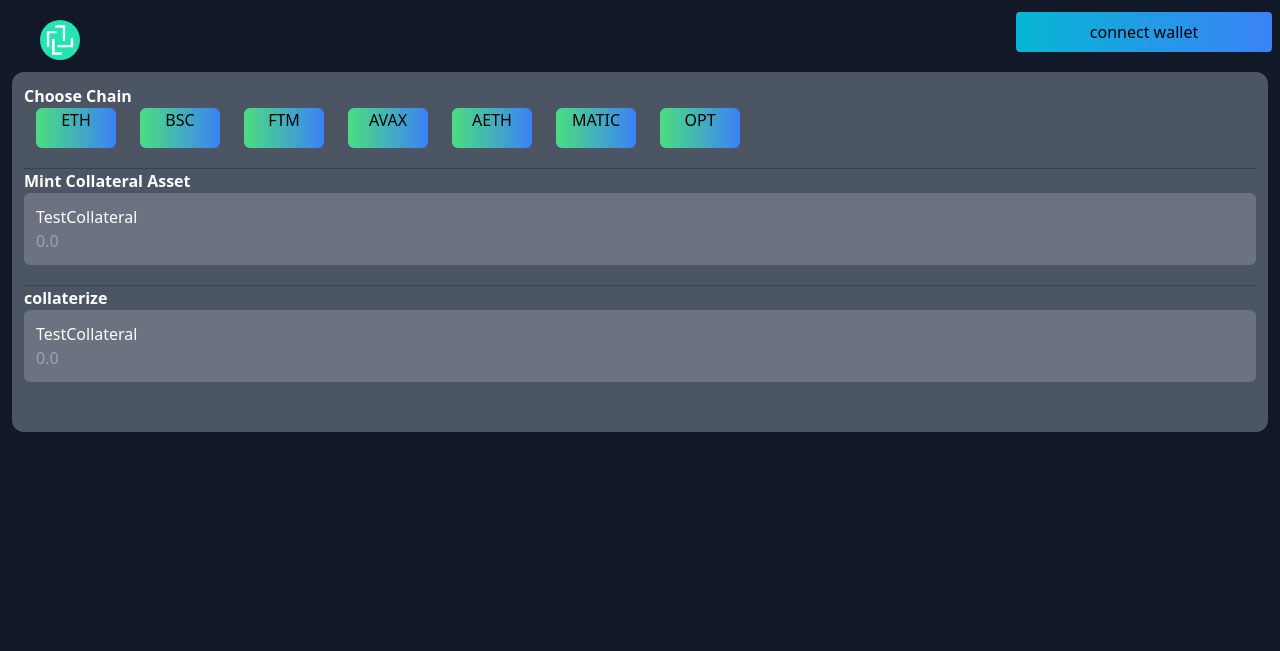
Repository: AstriaFinance/AstriaMvp
Page: /
These files come from the project's save history. The page is drawn as it stood at one moment and after the next save; the edit follows.
The browser window is 1280 px wide. The pictures show the whole page.
The project was rebuilt for these pictures with package versions that can differ from the ones it lists, and the page was loaded fresh each time. Also part of the build but not shown: src/components/Nav.jsx, src/components/ErrorPage.jsx.

Above is the page before, as saved 2022-07-04 10:33:52.

### src/index.css
@tailwind base;
@tailwind components;
@tailwind utilities;

@import url("https://fonts.googleapis.com/css2?family=Gentium+Book+Plus:ital@1&display=swap");

### src/App.js
import { Nav, Home, ErrorPage } from "./components";
import { BrowserRouter as Router, Routes, Route, Link } from "react-router-dom";
function App() {
  return (
    <Router>
      <Routes>
        <Route path="/" element={<Home />} />
        <Route path="/AstriaMvp" element={<Home />} />
        <Route path="*" element={<ErrorPage />} />
      </Routes>
    </Router>
  );
}

export default App;

### src/components/index.js
export { default as Nav } from "./Nav";
export { default as ErrorPage } from "./ErrorPage";
export { default as Home } from "./Home";

### src/components/Home.jsx
import React, { useEffect, useState } from "react";
import astriaPorta_abi from "../contracts/astriaPorta_abi.json";
import testEth_abi from "../contracts/testEth_abi";
import xap_abi from "../contracts/xap_abi.json";
import logo from "../static/astria2.jpg";
import { ethers } from "ethers";

const Home = () => {
  const contractAddress = "0x1b3781eA482113695622EF6C31Fb38c4e02C95A0";
  const testEthContractAddress = "0x8c5696f345827C2d5A7a2e48F815A428eCC87437";
  const xapContractAddress = "0x5272c7F5eA6E5F9bb88f20B9f47Bd0f29e5921EC";
  const [conButtonText, setConButtonText] = useState("connect wallet");
  const [errorMessage, setErrorMessage] = useState(null);
  const [defaultAccount, setDefaultAccount] = useState(null);
  const [provider, setProvider] = useState(null);
  const [signer, setSigner] = useState(null);
  const [contract, setContract] = useState(null);
  const [transferHash, setTransferHah] = useState(null);
  const [depositHash, setDepositHash] = useState(null);
  const [testEthContract, setTestEthContract] = useState(null);
  const [borrowHash, setBorrowHash] = useState(null);
  const [sendHash, setSendHash] = useState(null);
  const [xapContract, setxapContract] = useState(null);
  const [TausdBalance, setTausdBalance] = useState(null);
  const [TestBalance, setTestBalance] = useState(null);

  const connectWalletHandler = () => {
    if (window.ethereum) {
      window.ethereum
        .request({ method: "eth_requestAccounts" })
        .then((result) => {
          accountChangedHandler(result[0]);
          setConButtonText("Wallet connected");
        })
        .catch((error) => {
          setErrorMessage(error.message);
        });
    } else {
      console.log("Install Metamask");
      setErrorMessage("Please Install Metamask");
    }
    TausdbalanceHandler();
    testColleteralHandler();
  };

  const accountChangedHandler = (newAddress) => {
    setDefaultAccount(newAddress);
    updateEthers();
  };

  const updateEthers = () => {
    let tempProvider = new ethers.providers.Web3Provider(window.ethereum);
    let tempSigner = tempProvider.getSigner();
    let tempContract = new ethers.Contract(
      contractAddress,
      astriaPorta_abi,
      tempSigner
    );
    let testEthContract = new ethers.Contract(
      testEthContractAddress,
      testEth_abi,
      tempSigner
    );
    let xapContract = new ethers.Contract(
      xapContractAddress,
      xap_abi,
      tempSigner
    );
    setProvider(tempProvider);
    setSigner(tempSigner);
    setContract(tempContract);
    setTestEthContract(testEthContract);
    setxapContract(xapContract);
  };

  const mintHandler = async (e) => {
    e.preventDefault();
    let mintAmount = e.target.mintAmount.value;

    let txn = await contract.Mint(mintAmount);
    setTransferHah(txn);
  };

  const depositHandler = async (e) => {
    e.preventDefault();
    let depositAmount = e.target.depositAmount.value;

    let depositTxn = await contract.deposit(depositAmount);
    setDepositHash(depositTxn);
  };

  const borrowHandler = async (e) => {
    e.preventDefault();
    let borrowAmount = e.target.borrowAmount.value;
    let borrowtxn = await contract.borrow(borrowAmount);
    setBorrowHash(borrowtxn);
  };

  const sendTokenHandler = async (e) => {
    e.preventDefault();
    let messageFee = ethers.utils.parseEther("0.025");
    let tempSigner = signer.getAddress();
    let dstChainId = 10002;
    let to = tempSigner;
    let qty = e.target.qty.value;
    let zeroPaymentAddress = tempSigner;
    let adapterParam = "0x";
    let sendTokenTransaction = await xapContract.sendTokens(
      dstChainId,
      to,
      qty,
      zeroPaymentAddress,
      adapterParam,
      { value: ethers.utils.parseEther("0.01") }
    );
    setSendHash(sendTokenTransaction);
  };

  const approveTestEth = async (e) => {
    e.preventDefault();
    await testEthContract.approve(contractAddress, "9007199254740990");
  };

  const TausdbalanceHandler = async () => {
    let balanceTausdToken = await xapContract.balanceOf(defaultAccount);
    let balanceTausdNum = balanceTausdToken.toNumber();
    let decimals = await xapContract.decimals();
    let tokenBalance = balanceTausdNum / Math.pow(10, decimals);
    setTausdBalance(toFixed(tokenBalance));
  };

  const testColleteralHandler = async () => {
    let balanceTestToken = await testEthContract.balanceOf(defaultAccount);
    let balanceTestTokenNum = balanceTestToken.toNumber();
    let decimals = await testEthContract.decimals();
    let tokenBalance = balanceTestTokenNum / Math.pow(10, decimals);

    setTestBalance(toFixed(tokenBalance));
  };

  function toFixed(x) {
    if (Math.abs(x) < 1.0) {
      var e = parseInt(x.toString().split("e-")[1]);
      if (e) {
        x *= Math.pow(10, e - 1);
        x = "0." + new Array(e).join("0") + x.toString().substring(2);
      }
    } else {
      var e = parseInt(x.toString().split("+")[1]);
      if (e > 20) {
        e -= 20;
        x /= Math.pow(10, e);
        x += new Array(e + 1).join("0");
      }
    }
    return x;
  }
  useEffect(() => {
    if (contract != null) {
    }
  }, []);
  return (
    <div className="bg-gray-900 h-screen">
      <div className="flex justify-between">
        <img src={logo} alt="" className="h-10 mt-5 mx-10 rounded-full" />

        <button
          onClick={connectWalletHandler}
          className="bg-gradient-to-r from-cyan-500 to-blue-500 rounded w-64 h-10 mt-3 mr-2"
        >
          {conButtonText}
        </button>
      </div>
      <div className="bg-gray-600 rounded-xl h-1/2 mx-3 my-3 p-3 ">
        <h2 className="text-white font-bold ">Choose Chain</h2>
        <div className="flex  overflow-x-auto text-center">
          <div className=" bg-gradient-to-r from-green-400 to-blue-500 rounded-md h-10 w-20 items-center    mx-3">
            ETH
          </div>
          <div className="bg-gradient-to-r from-green-400 to-blue-500 rounded-md w-20  mx-3">
            BSC
          </div>
          <div className="bg-gradient-to-r from-green-400 to-blue-500 rounded-md w-20  mx-3">
            FTM
          </div>
          <div className="bg-gradient-to-r from-green-400 to-blue-500 rounded-md w-20  mx-3">
            AVAX
          </div>
          <div className="bg-gradient-to-r from-green-400 to-blue-500 rounded-md w-20  mx-3">
            AETH
          </div>
          <div className="bg-gradient-to-r from-green-400 to-blue-500 rounded-md w-20  mx-3">
            MATIC
          </div>
          <div className="bg-gradient-to-r from-green-400 to-blue-500 rounded-md w-20  mx-3 ">
            OPT
          </div>
        </div>

        <div>
          <div className="text-white font-bold mt-5  border-t border-gray-700">
            Mint Collateral Asset
          </div>
          <div className="bg-gray-500 p-3 rounded-md">
            <form action="">
              <div className="text-white font-thin">TestCollateral </div>
              <input
                type="number"
                placeholder="0.0"
                className="w-full bg-gray-500"
              />
            </form>
          </div>
        </div>

        <div>
          <div className="text-white font-bold mt-5  border-t border-gray-700">
            collaterize
          </div>
          <div className="bg-gray-500 p-3 rounded-md">
            <form action="">
              <div className="text-white font-thin">TestCollateral </div>
              <input
                type="number"
                placeholder="0.0"
                className="w-full bg-gray-500 "
              />
            </form>
          </div>
        </div>
      </div>
    </div>
  );
};

export default Home;

### src/contracts/astriaPorta_abi.json
[
	{
		"inputs": [
			{
				"internalType": "contract IXAP",
				"name": "_XAP",
				"type": "address"
			}
		],
		"stateMutability": "nonpayable",
		"type": "constructor"
	},
	{
		"anonymous": false,
		"inputs": [
			{
				"indexed": true,
				"internalType": "address",
				"name": "masterContract",
				"type": "address"
			},
			{
				"indexed": false,
				"internalType": "bytes",
				"name": "data",
				"type": "bytes"
			},
			{
				"indexed": true,
				"internalType": "address",
				"name": "cloneAddress",
				"type": "address"
			}
		],
		"name": "LogDeploy",
		"type": "event"
	},
	{
		"anonymous": false,
		"inputs": [
			{
				"indexed": false,
				"internalType": "address",
				"name": "to",
				"type": "address"
			},
			{
				"indexed": false,
				"internalType": "uint256",
				"name": "amount",
				"type": "uint256"
			}
		],
		"name": "Minted",
		"type": "event"
	},
	{
		"anonymous": false,
		"inputs": [
			{
				"indexed": false,
				"internalType": "address",
				"name": "from",
				"type": "address"
			},
			{
				"indexed": false,
				"internalType": "uint256",
				"name": "amount",
				"type": "uint256"
			}
		],
		"name": "borrowed",
		"type": "event"
	},
	{
		"anonymous": false,
		"inputs": [
			{
				"indexed": false,
				"internalType": "address",
				"name": "from",
				"type": "address"
			},
			{
				"indexed": false,
				"internalType": "uint256",
				"name": "amount",
				"type": "uint256"
			}
		],
		"name": "deposited",
		"type": "event"
	},
	{
		"inputs": [],
		"name": "BORROW_OPENING_FEE",
		"outputs": [
			{
				"internalType": "uint256",
				"name": "",
				"type": "uint256"
			}
		],
		"stateMutability": "view",
		"type": "function"
	},
	{
		"inputs": [],
		"name": "COLLATERIZATION_RATE",
		"outputs": [
			{
				"internalType": "uint256",
				"name": "",
				"type": "uint256"
			}
		],
		"stateMutability": "view",
		"type": "function"
	},
	{
		"inputs": [],
		"name": "LIQUIDATION_MULTIPLIER",
		"outputs": [
			{
				"internalType": "uint256",
				"name": "",
				"type": "uint256"
			}
		],
		"stateMutability": "view",
		"type": "function"
	},
	{
		"inputs": [
			{
				"internalType": "uint256",
				"name": "_amount",
				"type": "uint256"
			}
		],
		"name": "Mint",
		"outputs": [],
		"stateMutability": "nonpayable",
		"type": "function"
	},
	{
		"inputs": [],
		"name": "XAP",
		"outputs": [
			{
				"internalType": "contract IXAP",
				"name": "",
				"type": "address"
			}
		],
		"stateMutability": "view",
		"type": "function"
	},
	{
		"inputs": [
			{
				"internalType": "address",
				"name": "_spender",
				"type": "address"
			},
			{
				"internalType": "uint256",
				"name": "_amount",
				"type": "uint256"
			}
		],
		"name": "approve",
		"outputs": [],
		"stateMutability": "nonpayable",
		"type": "function"
	},
	{
		"inputs": [
			{
				"internalType": "uint256",
				"name": "amount",
				"type": "uint256"
			}
		],
		"name": "borrow",
		"outputs": [],
		"stateMutability": "nonpayable",
		"type": "function"
	},
	{
		"inputs": [
			{
				"internalType": "uint16",
				"name": "_dstChainId",
				"type": "uint16"
			},
			{
				"internalType": "bytes",
				"name": "_to",
				"type": "bytes"
			},
			{
				"internalType": "uint256",
				"name": "amount",
				"type": "uint256"
			},
			{
				"internalType": "address",
				"name": "_zroPaymentAddress",
				"type": "address"
			},
			{
				"internalType": "bytes",
				"name": "_adapterParam",
				"type": "bytes"
			}
		],
		"name": "borrowTo",
		"outputs": [],
		"stateMutability": "nonpayable",
		"type": "function"
	},
	{
		"inputs": [],
		"name": "collateral",
		"outputs": [
			{
				"internalType": "contract ITestETH",
				"name": "",
				"type": "address"
			}
		],
		"stateMutability": "view",
		"type": "function"
	},
	{
		"inputs": [
			{
				"internalType": "address",
				"name": "masterContract",
				"type": "address"
			},
			{
				"internalType": "bytes",
				"name": "data",
				"type": "bytes"
			},
			{
				"internalType": "bool",
				"name": "useCreate2",
				"type": "bool"
			}
		],
		"name": "deploy",
		"outputs": [
			{
				"internalType": "address",
				"name": "cloneAddress",
				"type": "address"
			}
		],
		"stateMutability": "payable",
		"type": "function"
	},
	{
		"inputs": [
			{
				"internalType": "uint256",
				"name": "amount",
				"type": "uint256"
			}
		],
		"name": "deposit",
		"outputs": [],
		"stateMutability": "payable",
		"type": "function"
	},
	{
		"inputs": [
			{
				"internalType": "address",
				"name": "",
				"type": "address"
			}
		],
		"name": "depositsToAmount",
		"outputs": [
			{
				"internalType": "uint256",
				"name": "",
				"type": "uint256"
			}
		],
		"stateMutability": "view",
		"type": "function"
	},
	{
		"inputs": [],
		"name": "feeTo",
		"outputs": [
			{
				"internalType": "address",
				"name": "",
				"type": "address"
			}
		],
		"stateMutability": "view",
		"type": "function"
	},
	{
		"inputs": [
			{
				"internalType": "bytes",
				"name": "data",
				"type": "bytes"
			}
		],
		"name": "init",
		"outputs": [],
		"stateMutability": "payable",
		"type": "function"
	},
	{
		"inputs": [
			{
				"internalType": "address",
				"name": "",
				"type": "address"
			}
		],
		"name": "masterContractOf",
		"outputs": [
			{
				"internalType": "address",
				"name": "",
				"type": "address"
			}
		],
		"stateMutability": "view",
		"type": "function"
	},
	{
		"inputs": [],
		"name": "oracle",
		"outputs": [
			{
				"internalType": "contract IOracle",
				"name": "",
				"type": "address"
			}
		],
		"stateMutability": "view",
		"type": "function"
	},
	{
		"inputs": [],
		"name": "oracleData",
		"outputs": [
			{
				"internalType": "bytes",
				"name": "",
				"type": "bytes"
			}
		],
		"stateMutability": "view",
		"type": "function"
	},
	{
		"inputs": [
			{
				"internalType": "contract ITestETH",
				"name": "_collateral",
				"type": "address"
			}
		],
		"name": "setTestColleteral",
		"outputs": [],
		"stateMutability": "nonpayable",
		"type": "function"
	},
	{
		"inputs": [],
		"name": "testColleteral",
		"outputs": [
			{
				"internalType": "contract ITestETH",
				"name": "",
				"type": "address"
			}
		],
		"stateMutability": "view",
		"type": "function"
	},
	{
		"inputs": [],
		"name": "totalDeposits",
		"outputs": [
			{
				"internalType": "uint256",
				"name": "",
				"type": "uint256"
			}
		],
		"stateMutability": "view",
		"type": "function"
	}
]

### src/contracts/testEth_abi.json
[
	{
		"inputs": [],
		"stateMutability": "nonpayable",
		"type": "constructor"
	},
	{
		"anonymous": false,
		"inputs": [
			{
				"indexed": true,
				"internalType": "address",
				"name": "owner",
				"type": "address"
			},
			{
				"indexed": true,
				"internalType": "address",
				"name": "spender",
				"type": "address"
			},
			{
				"indexed": false,
				"internalType": "uint256",
				"name": "value",
				"type": "uint256"
			}
		],
		"name": "Approval",
		"type": "event"
	},
	{
		"anonymous": false,
		"inputs": [
			{
				"indexed": true,
				"internalType": "address",
				"name": "previousOwner",
				"type": "address"
			},
			{
				"indexed": true,
				"internalType": "address",
				"name": "newOwner",
				"type": "address"
			}
		],
		"name": "OwnershipTransferred",
		"type": "event"
	},
	{
		"anonymous": false,
		"inputs": [
			{
				"indexed": true,
				"internalType": "address",
				"name": "from",
				"type": "address"
			},
			{
				"indexed": true,
				"internalType": "address",
				"name": "to",
				"type": "address"
			},
			{
				"indexed": false,
				"internalType": "uint256",
				"name": "value",
				"type": "uint256"
			}
		],
		"name": "Transfer",
		"type": "event"
	},
	{
		"inputs": [
			{
				"internalType": "address",
				"name": "owner",
				"type": "address"
			},
			{
				"internalType": "address",
				"name": "spender",
				"type": "address"
			}
		],
		"name": "allowance",
		"outputs": [
			{
				"internalType": "uint256",
				"name": "",
				"type": "uint256"
			}
		],
		"stateMutability": "view",
		"type": "function"
	},
	{
		"inputs": [
			{
				"internalType": "address",
				"name": "spender",
				"type": "address"
			},
			{
				"internalType": "uint256",
				"name": "amount",
				"type": "uint256"
			}
		],
		"name": "approve",
		"outputs": [
			{
				"internalType": "bool",
				"name": "",
				"type": "bool"
			}
		],
		"stateMutability": "nonpayable",
		"type": "function"
	},
	{
		"inputs": [
			{
				"internalType": "address",
				"name": "account",
				"type": "address"
			}
		],
		"name": "balanceOf",
		"outputs": [
			{
				"internalType": "uint256",
				"name": "",
				"type": "uint256"
			}
		],
		"stateMutability": "view",
		"type": "function"
	},
	{
		"inputs": [
			{
				"internalType": "uint256",
				"name": "amount",
				"type": "uint256"
			}
		],
		"name": "burn",
		"outputs": [],
		"stateMutability": "nonpayable",
		"type": "function"
	},
	{
		"inputs": [
			{
				"internalType": "address",
				"name": "account",
				"type": "address"
			},
			{
				"internalType": "uint256",
				"name": "amount",
				"type": "uint256"
			}
		],
		"name": "burnFrom",
		"outputs": [],
		"stateMutability": "nonpayable",
		"type": "function"
	},
	{
		"inputs": [],
		"name": "decimals",
		"outputs": [
			{
				"internalType": "uint8",
				"name": "",
				"type": "uint8"
			}
		],
		"stateMutability": "view",
		"type": "function"
	},
	{
		"inputs": [
			{
				"internalType": "address",
				"name": "spender",
				"type": "address"
			},
			{
				"internalType": "uint256",
				"name": "subtractedValue",
				"type": "uint256"
			}
		],
		"name": "decreaseAllowance",
		"outputs": [
			{
				"internalType": "bool",
				"name": "",
				"type": "bool"
			}
		],
		"stateMutability": "nonpayable",
		"type": "function"
	},
	{
		"inputs": [
			{
				"internalType": "address",
				"name": "spender",
				"type": "address"
			},
			{
				"internalType": "uint256",
				"name": "addedValue",
				"type": "uint256"
			}
		],
		"name": "increaseAllowance",
		"outputs": [
			{
				"internalType": "bool",
				"name": "",
				"type": "bool"
			}
		],
		"stateMutability": "nonpayable",
		"type": "function"
	},
	{
		"inputs": [
			{
				"internalType": "address",
				"name": "to",
				"type": "address"
			},
			{
				"internalType": "uint256",
				"name": "amount",
				"type": "uint256"
			}
		],
		"name": "mint",
		"outputs": [],
		"stateMutability": "nonpayable",
		"type": "function"
	},
	{
		"inputs": [],
		"name": "name",
		"outputs": [
			{
				"internalType": "string",
				"name": "",
				"type": "string"
			}
		],
		"stateMutability": "view",
		"type": "function"
	},
	{
		"inputs": [],
		"name": "owner",
		"outputs": [
			{
				"internalType": "address",
				"name": "",
				"type": "address"
			}
		],
		"stateMutability": "view",
		"type": "function"
	},
	{
		"inputs": [],
		"name": "renounceOwnership",
		"outputs": [],
		"stateMutability": "nonpayable",
		"type": "function"
	},
	{
		"inputs": [],
		"name": "symbol",
		"outputs": [
			{
				"internalType": "string",
				"name": "",
				"type": "string"
			}
		],
		"stateMutability": "view",
		"type": "function"
	},
	{
		"inputs": [],
		"name": "totalSupply",
		"outputs": [
			{
				"internalType": "uint256",
				"name": "",
				"type": "uint256"
			}
		],
		"stateMutability": "view",
		"type": "function"
	},
	{
		"inputs": [
			{
				"internalType": "address",
				"name": "to",
				"type": "address"
			},
			{
				"internalType": "uint256",
				"name": "amount",
				"type": "uint256"
			}
		],
		"name": "transfer",
		"outputs": [
			{
				"internalType": "bool",
				"name": "",
				"type": "bool"
			}
		],
		"stateMutability": "nonpayable",
		"type": "function"
	},
	{
		"inputs": [
			{
				"internalType": "address",
				"name": "from",
				"type": "address"
			},
			{
				"internalType": "address",
				"name": "to",
				"type": "address"
			},
			{
				"internalType": "uint256",
				"name": "amount",
				"type": "uint256"
			}
		],
		"name": "transferFrom",
		"outputs": [
			{
				"internalType": "bool",
				"name": "",
				"type": "bool"
			}
		],
		"stateMutability": "nonpayable",
		"type": "function"
	},
	{
		"inputs": [
			{
				"internalType": "address",
				"name": "newOwner",
				"type": "address"
			}
		],
		"name": "transferOwnership",
		"outputs": [],
		"stateMutability": "nonpayable",
		"type": "function"
	}
]

Loaded but not shown: public/index.html (common file); src/index.js (common file); src/reportWebVitals.js (common file); tailwind.config.js (common file); src/contracts/xap_abi.json (735 lines, source omitted)

After the next save:
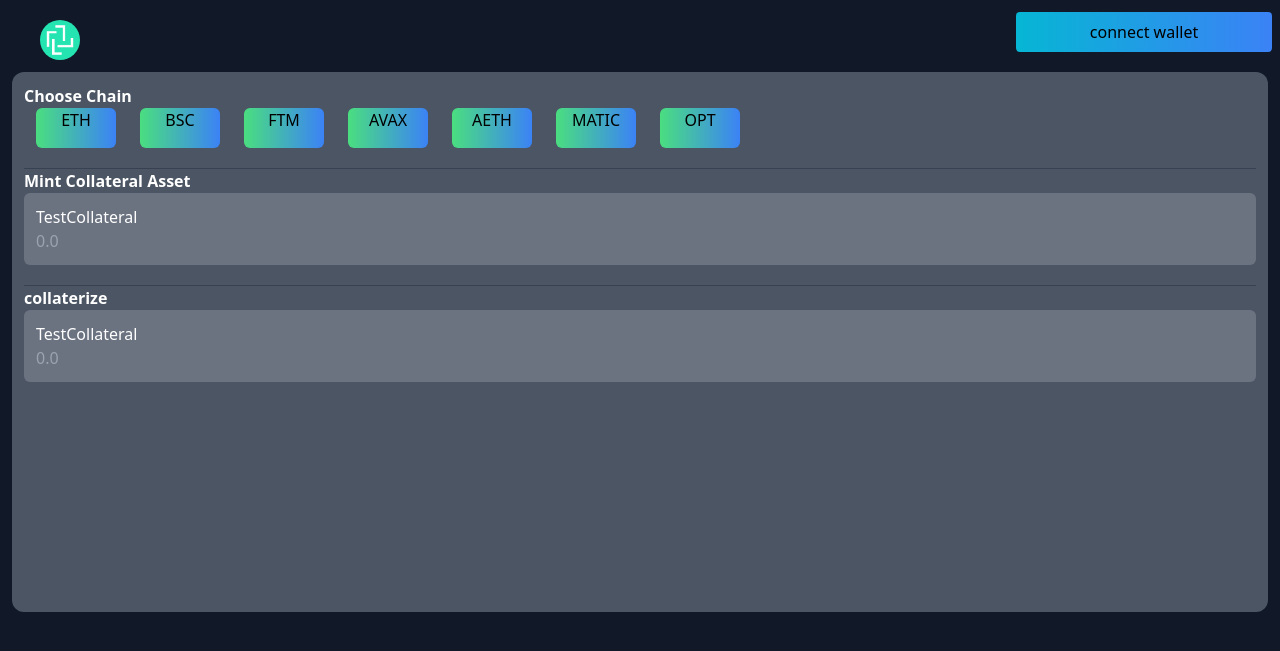
Saved 63 s later.
--- a/src/components/Home.jsx
+++ b/src/components/Home.jsx
@@ -171,7 +171,7 @@
           {conButtonText}
         </button>
       </div>
-      <div className="bg-gray-600 rounded-xl h-1/2 mx-3 my-3 p-3 ">
+      <div className="bg-gray-600 rounded-xl h-3/4 mx-3 my-3 p-3 ">
         <h2 className="text-white font-bold ">Choose Chain</h2>
         <div className="flex  overflow-x-auto text-center">
           <div className=" bg-gradient-to-r from-green-400 to-blue-500 rounded-md h-10 w-20 items-center    mx-3">

After the save that followed:
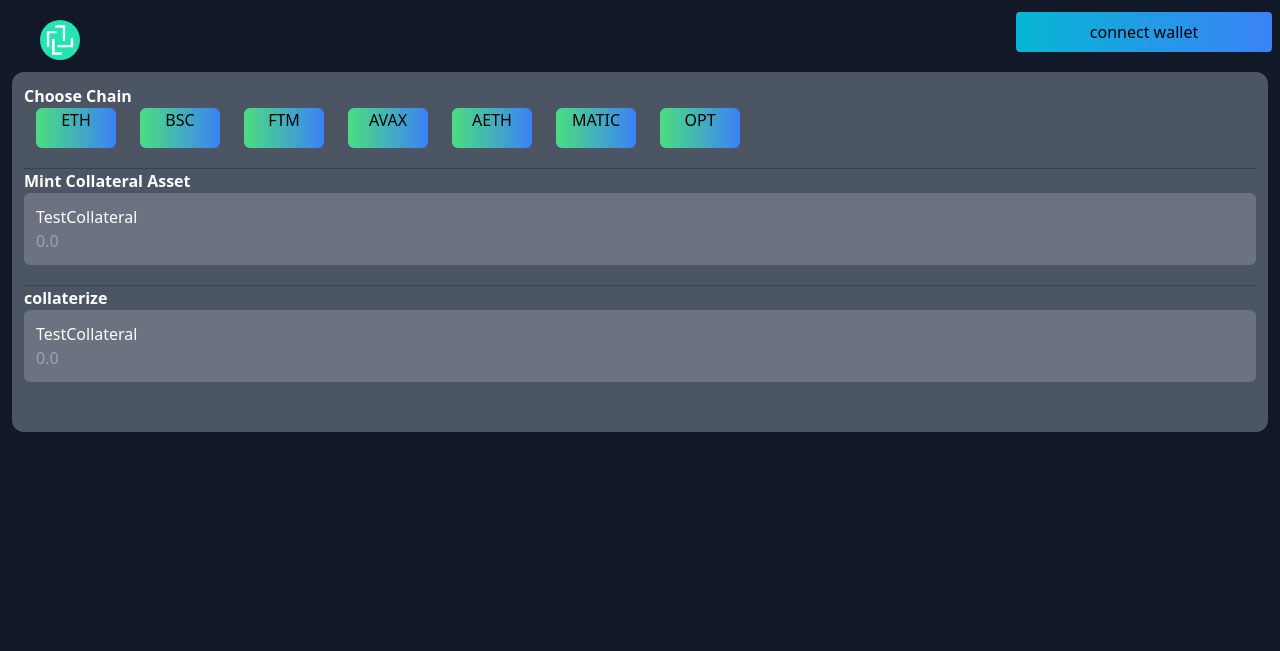
Saved 15 s later.
--- a/src/components/Home.jsx
+++ b/src/components/Home.jsx
@@ -171,7 +171,7 @@
           {conButtonText}
         </button>
       </div>
-      <div className="bg-gray-600 rounded-xl h-3/4 mx-3 my-3 p-3 ">
+      <div className="bg-gray-600 rounded-xl h-1/2 mx-3 my-3 p-3 ">
         <h2 className="text-white font-bold ">Choose Chain</h2>
         <div className="flex  overflow-x-auto text-center">
           <div className=" bg-gradient-to-r from-green-400 to-blue-500 rounded-md h-10 w-20 items-center    mx-3">
